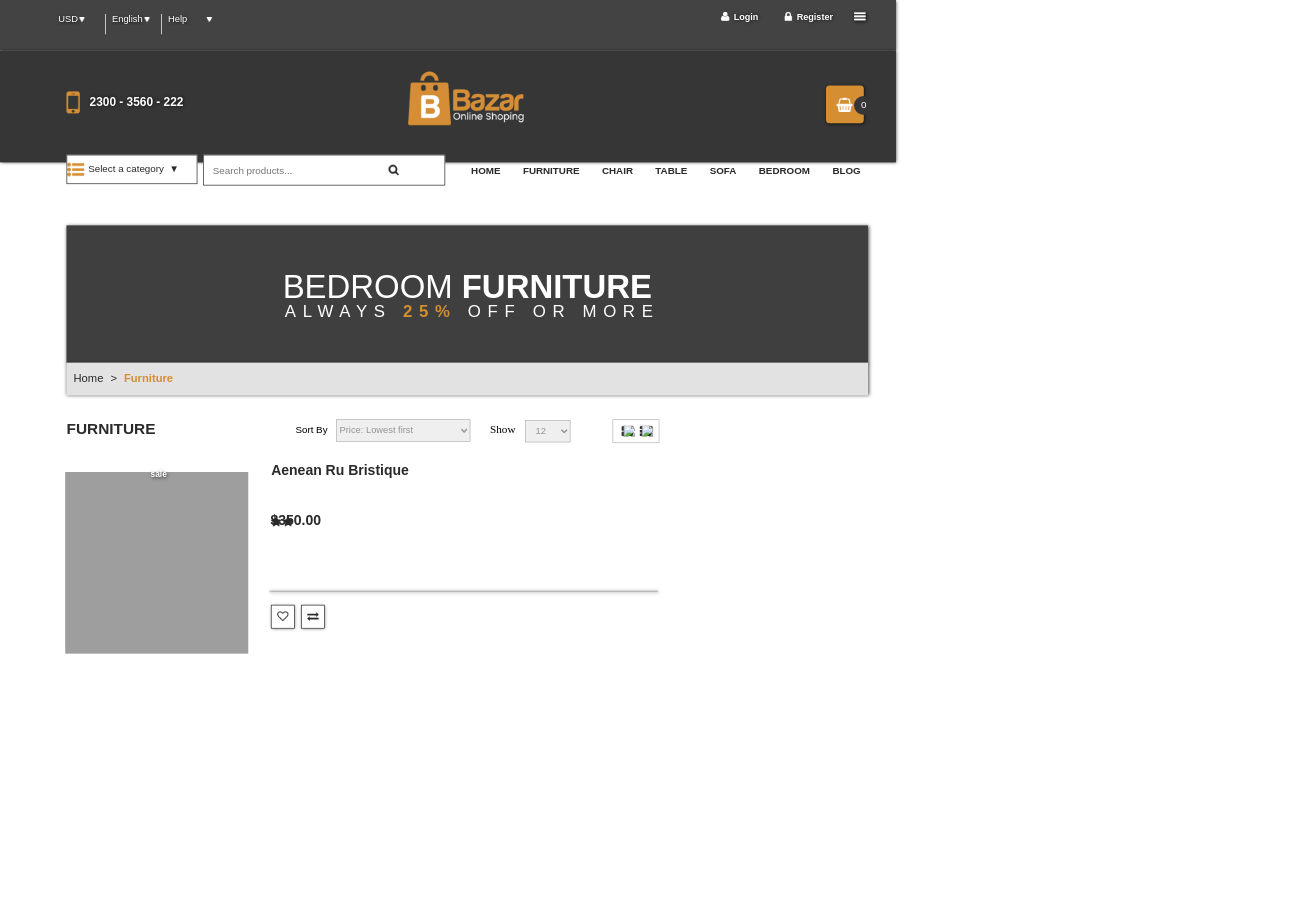
Repository: mihaisitaru/bazar
Page: http://localhost/furniture
The author's editor kept a record of every edit. The page is drawn from the files as they stood at one moment, then again after the next edit.
The browser window is 1280 px wide. The page is 1845 px wide, so the pictures cover 1845 px, including what lies to the right of the window. The pictures show the part of the page from y = 0 to 1320 px (the page is 4745 px tall), at 70% of full size.
Pictures or frames that could not be fetched are drawn as grey boxes. The page is run by PHP 8.4 with error messages shown; the project is at /var/www/html/.

Above is the page before.

After the next edit:
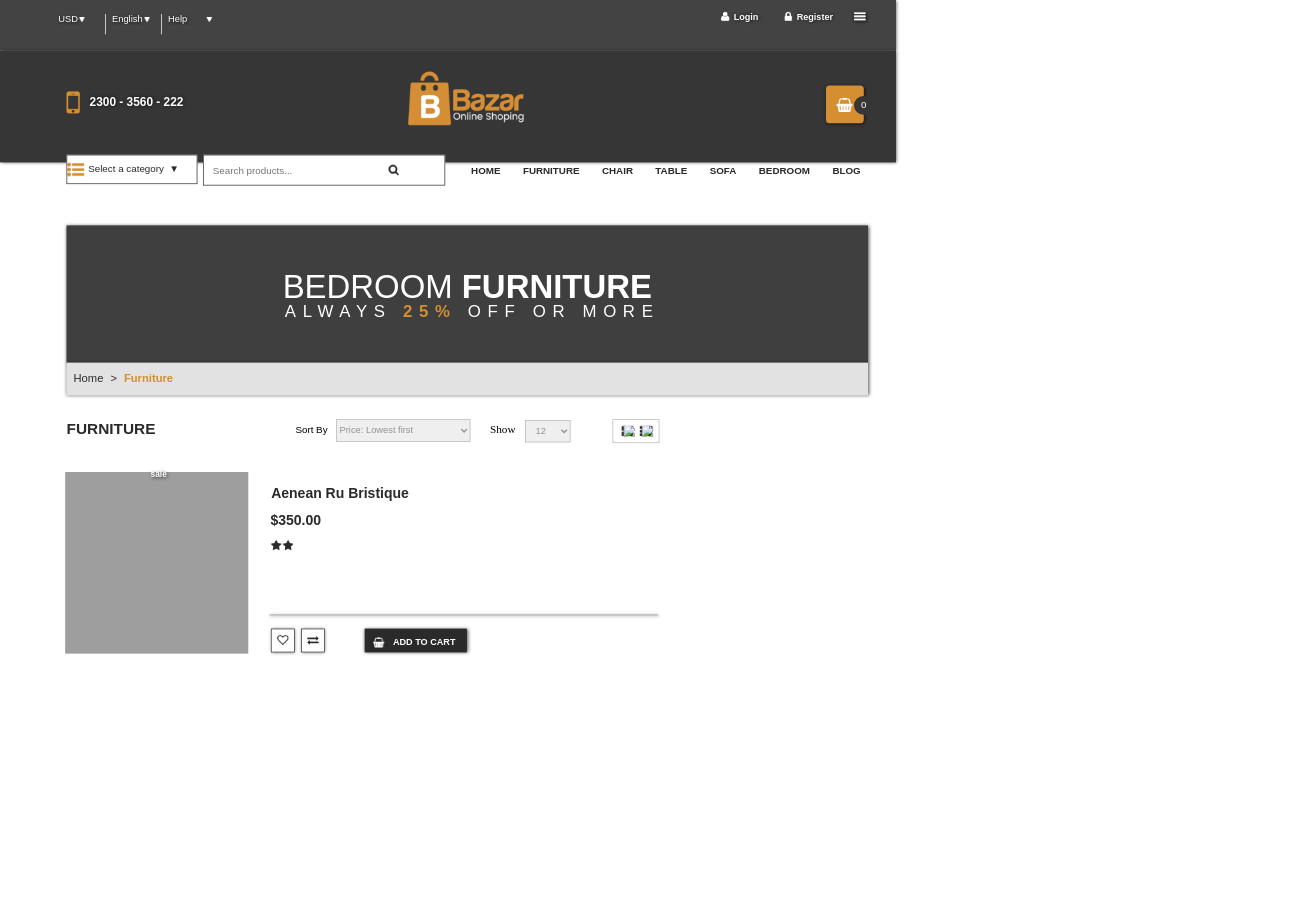
The edit:
--- a/furniture.php
+++ b/furniture.php
@@ -60,7 +60,7 @@
       <div class="products-sorted">
         <div class="product-sorted">
           <img class="product-img-sorted" src="/images/gallfeat1.jpg" />
-          <div class="text--add-to-cart-sorted shadow-box display-none"><p>add to cart</p></div>
+          <div class="text-add-to-cart-sorted shadow-box"><p>add to cart</p></div>
           <div class="product-name-sorted background-white">
             <p class="text-product-sorted color-dark-gray">Aenean Ru Bristique</p>
             <div class="black-stars-sorted"></div>
